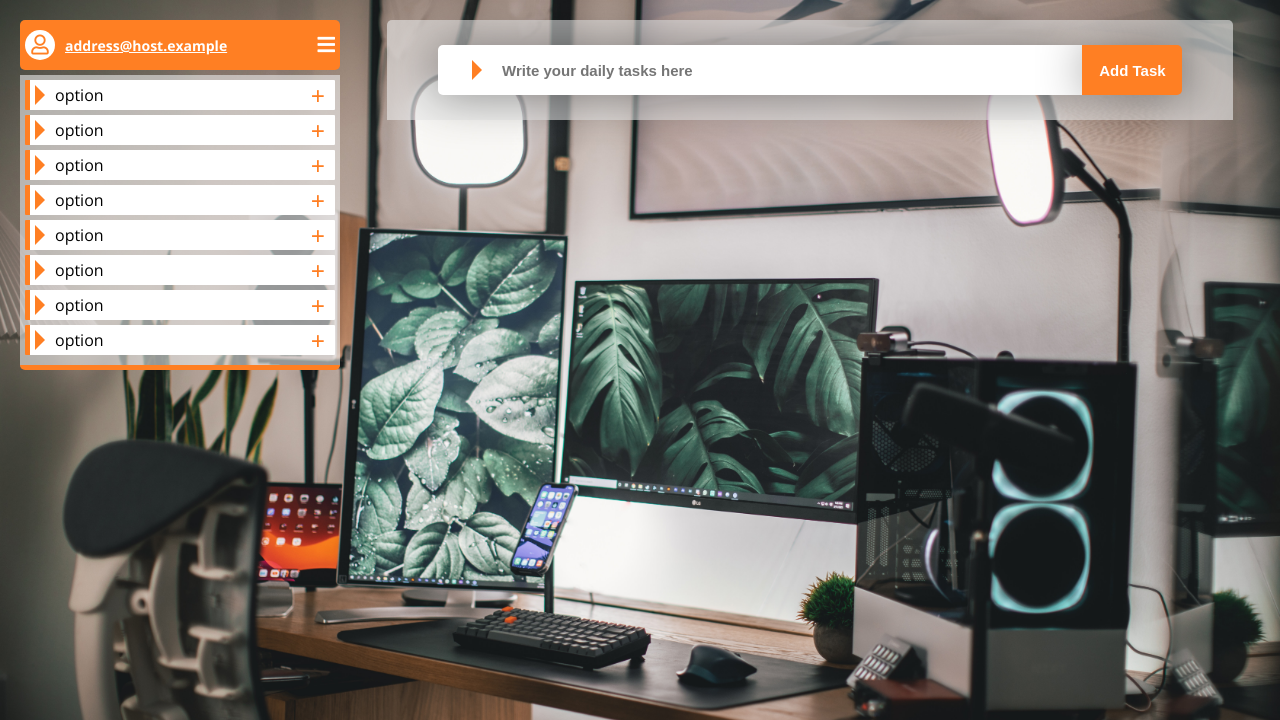
Repository: OmarEssameldinMousa/To-do-list-level01
Page: index.html
The author's editor kept a copy of each file at every save. The page is drawn from the files as they stood at one save, then again after the next save.
The browser window is 1280 px wide. The pictures show the whole page.

Above is the page before, as saved 2023-08-10 01:19:54.

After the next save:
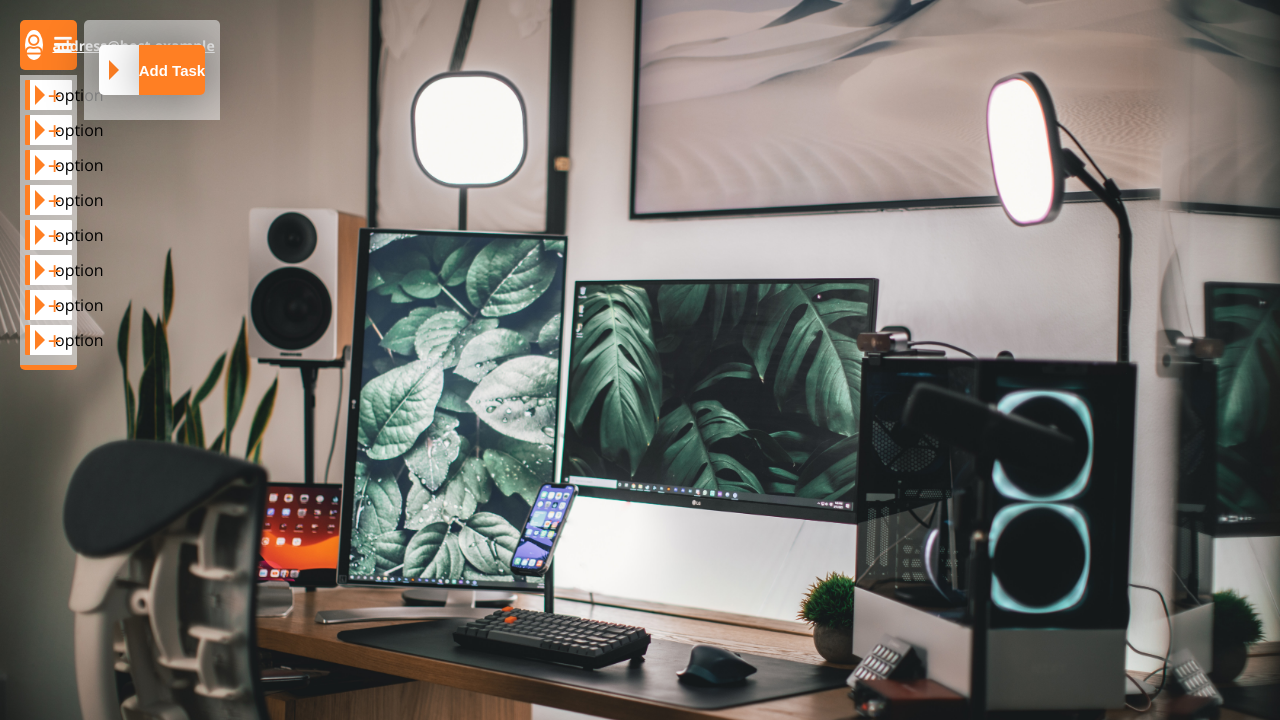
Saved 56 s later.
--- a/main.css
+++ b/main.css
@@ -16,7 +16,7 @@
     background-image: url(backgroundimage.jpg);
     background-repeat: no-repeat;
     background-size: cover;
-    position: relative;
+    position: fixed;
     height: 100%;
 }
 

After the save that followed:
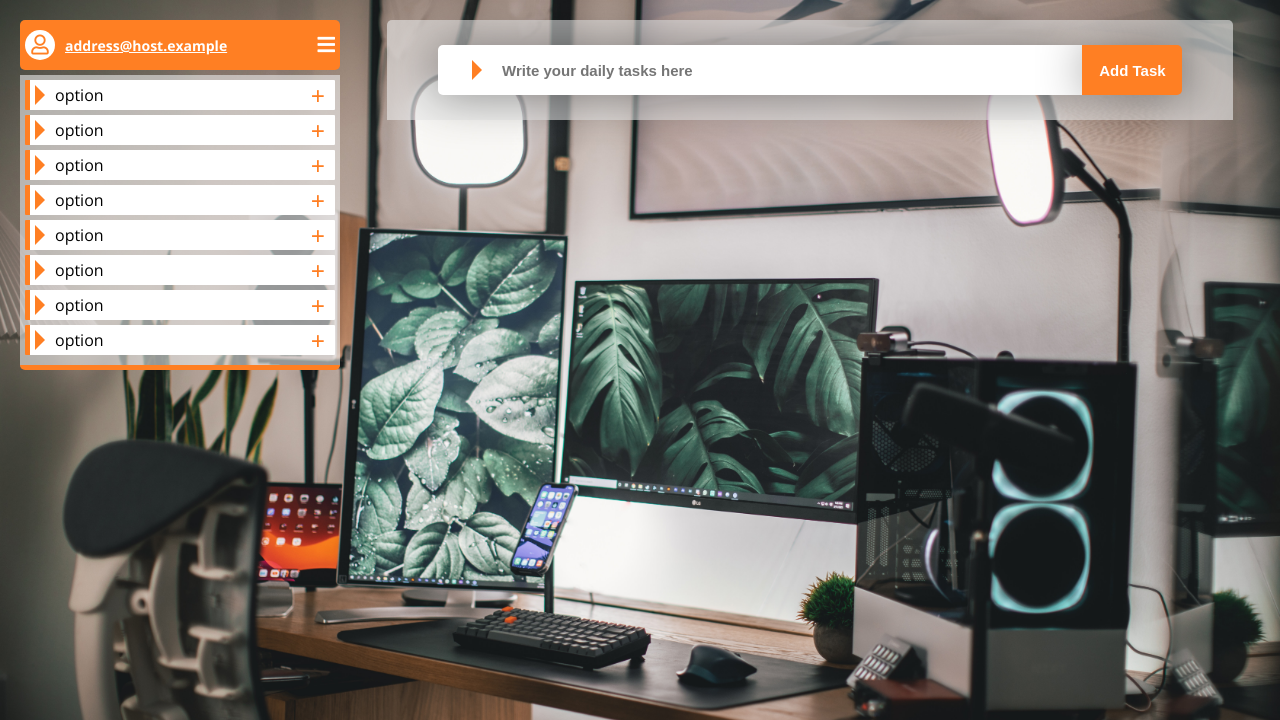
Saved 4 s later.
--- a/main.css
+++ b/main.css
@@ -16,7 +16,7 @@
     background-image: url(backgroundimage.jpg);
     background-repeat: no-repeat;
     background-size: cover;
-    position: fixed;
+    position: relative;
     height: 100%;
 }
 
